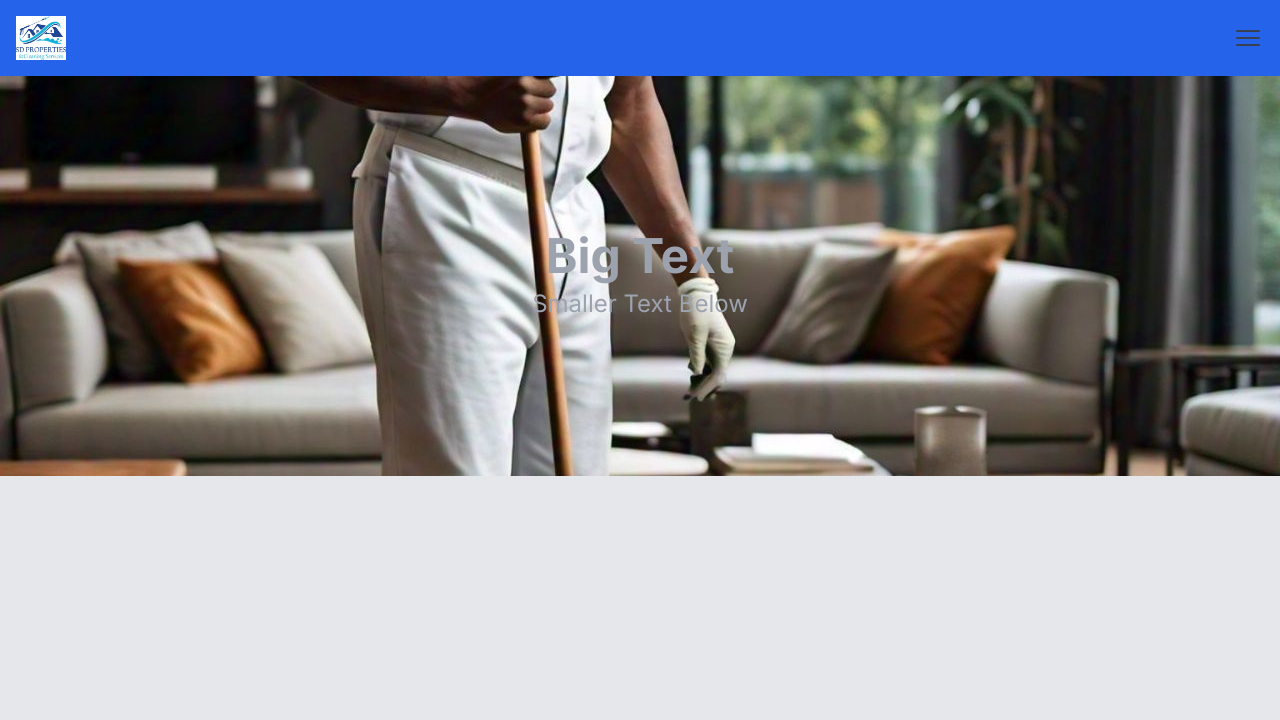
Repository: devmskhan/sdpropandclean
Page: /
The author's editor kept a copy of each file at every save. The page is drawn from the files as they stood at one save, then again after the next save.
The browser window is 1280 px wide. The pictures show the whole page.
The project was rebuilt for these pictures with package versions that can differ from the ones it lists, and the page was loaded fresh each time. The framework's server and built-in components were replaced by stand-ins that run in the browser. Also part of the build but not shown: next.config.mjs.

Above is the page before, as saved 2024-09-03 11:54:23.

### app/layout.tsx
import type { Metadata } from "next";
import { Inter } from "next/font/google";
import "./globals.css";

const inter = Inter({ subsets: ["latin"] });

export const metadata: Metadata = {
  title: "SD Properties & Cleaning",
  description: "Provision of Houses and Cleanliness of Homes is our apex goal",
};

export default function RootLayout({
  children,
}: Readonly<{
  children: React.ReactNode;
}>) {
  return (
    <html lang="en">
      <body className={inter.className}>{children}</body>
    </html>
  );
}

### app/page.tsx
import Header from '../components/Header';
import Body from '../components/Body';

export default function Home() {
  return (
    <main className="min-h-screen bg-gray-200">
      <Header />
      <Body />
    </main>
  );
}

### components/Header.tsx
import Image from "next/image";
import { Bars3Icon } from '@heroicons/react/24/solid'


function Header() {
    return (
        <header className="sticky top-0 flex justify-between items-center p-4 bg-blue-600 shadow-md">
      {/* Logo on the top left */}
      <div className="flex items-center">
        <Image
          src="/sdlogo.jpg"
          alt="Logo"
          width={50}
          height={50}
          className="cursor-pointer"
        />
      </div>

      {/* Triple line (hamburger) icon on the top right */}
      <div className="cursor-pointer">
        <Bars3Icon className="h-8 w-8 text-gray-700" />
      </div>
    </header>
    )
}

export default Header;

### components/Body.tsx



function Body() {
    return (
        <div>
            <div className="relative w-full h-[400px] bg-cover bg-center text-gray-400"
         style={{ backgroundImage: 'url("/pic1.jpg")' }}>
      <div className="absolute inset-0 flex flex-col justify-center items-center text-center">
        {/* Larger Text */}
        <h1 className="text-5xl font-bold mb-2">
          Big Text
        </h1>
        {/* Smaller Text */}
        <p className="text-2xl">
          Smaller Text Below
        </p>
      </div>
    </div>

    <div>

    </div>



        </div>


    )
}

export default Body;

Loaded but not shown: app/globals.css (common file); tailwind.config.ts (common file)

After the next save:
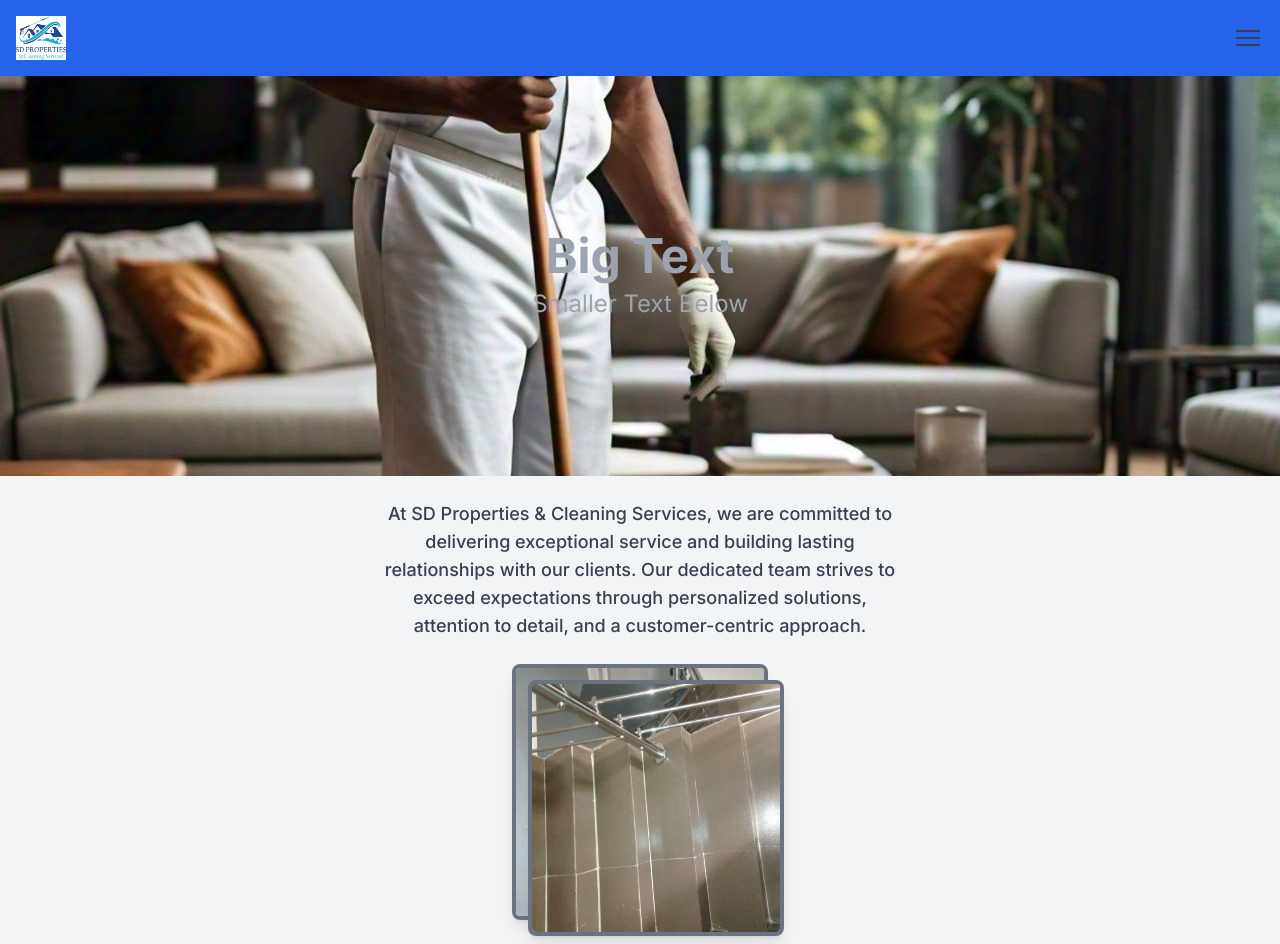
Saved 4 s later.
--- a/components/Body.tsx
+++ b/components/Body.tsx
@@ -22,7 +22,17 @@
 
     </div>
 
-
+    <div className="flex flex-col items-center justify-center p-6 bg-gray-100">
+  <div className="max-w-lg text-center">
+    <p className="text-lg font-medium text-gray-700">
+      At SD Properties & Cleaning Services, we are committed to delivering exceptional service and building lasting relationships with our clients. Our dedicated team strives to exceed expectations through personalized solutions, attention to detail, and a customer-centric approach.
+    </p>
+  </div>
+  <div className="relative mt-6">
+    <img src="stairsb.jpg" alt="Top Image" className="w-64 h-64 rounded-lg shadow-lg border-gray-500 border-solid border-4" />
+    <img src="stairsaft.jpg" alt="Bottom Image" className="absolute bottom-0 left-0 w-64 h-64 rounded-lg shadow-lg transform translate-x-4 translate-y-4 ml-25 border-gray-500 border-solid border-4" />
+  </div>
+</div>
 
         </div>
 

After the save that followed:
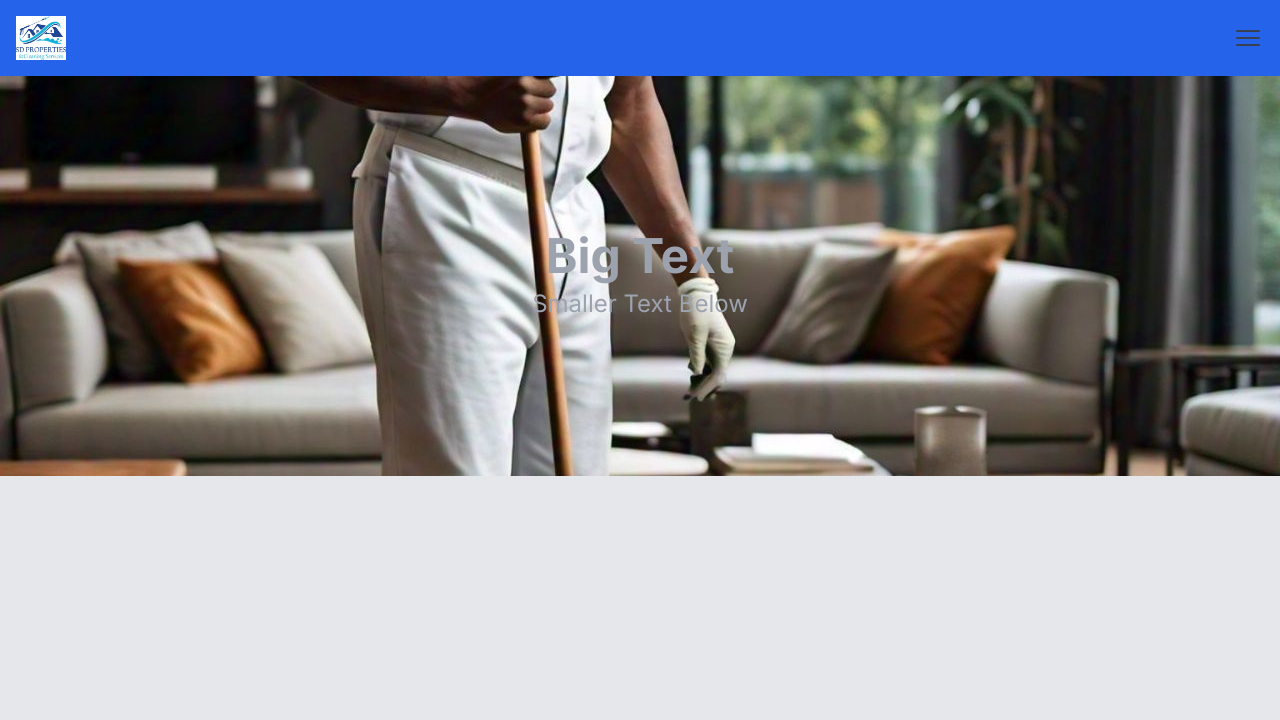
Saved 5 s later.
--- a/components/Body.tsx
+++ b/components/Body.tsx
@@ -22,17 +22,7 @@
 
     </div>
 
-    <div className="flex flex-col items-center justify-center p-6 bg-gray-100">
-  <div className="max-w-lg text-center">
-    <p className="text-lg font-medium text-gray-700">
-      At SD Properties & Cleaning Services, we are committed to delivering exceptional service and building lasting relationships with our clients. Our dedicated team strives to exceed expectations through personalized solutions, attention to detail, and a customer-centric approach.
-    </p>
-  </div>
-  <div className="relative mt-6">
-    <img src="stairsb.jpg" alt="Top Image" className="w-64 h-64 rounded-lg shadow-lg border-gray-500 border-solid border-4" />
-    <img src="stairsaft.jpg" alt="Bottom Image" className="absolute bottom-0 left-0 w-64 h-64 rounded-lg shadow-lg transform translate-x-4 translate-y-4 ml-25 border-gray-500 border-solid border-4" />
-  </div>
-</div>
+
 
         </div>
 
